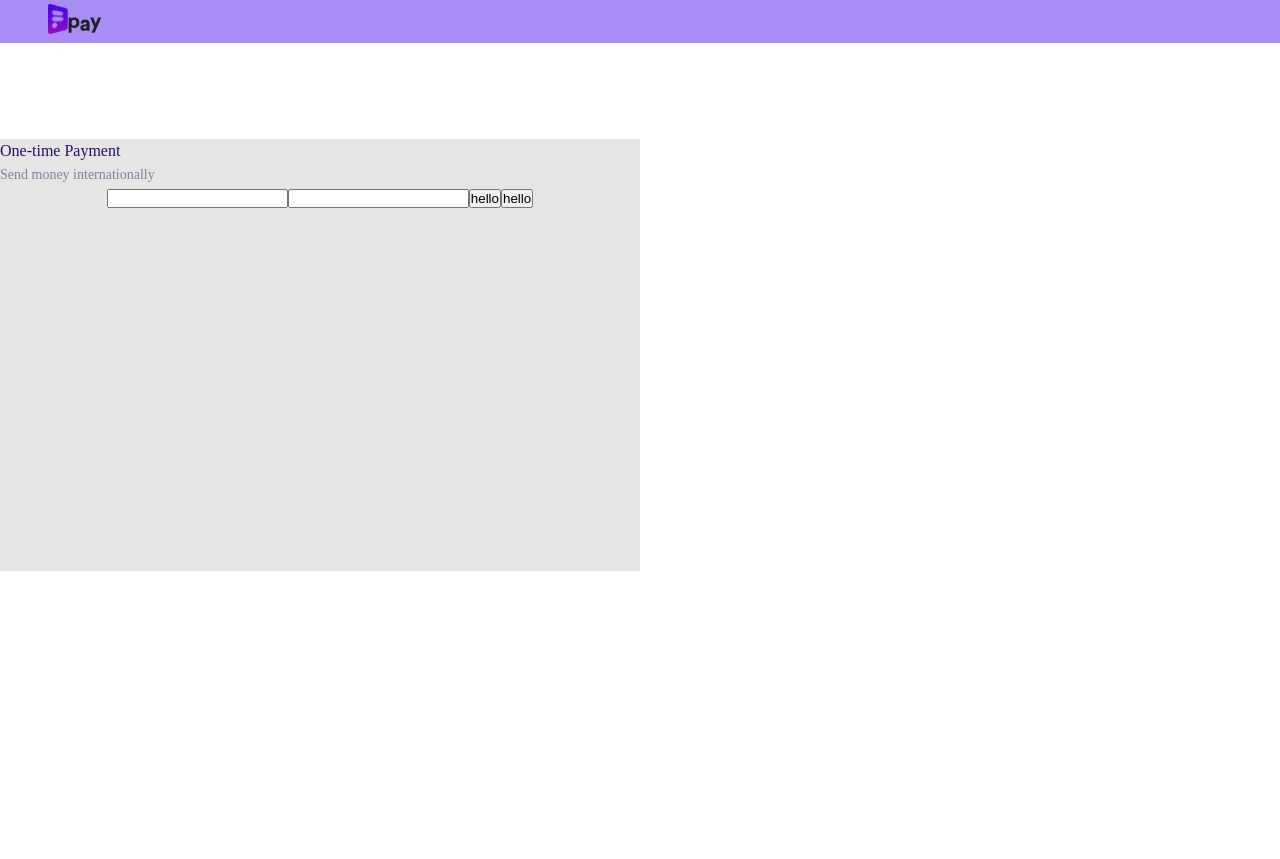
Repository: nilesjamex/fincra
Page: /
An editor plug-in stored every save of this project. The page is shown before and after the next save, followed by the edit.
The browser window is 1280 px wide. The pictures show the whole page.
The project was rebuilt for these pictures with package versions that can differ from the ones it lists, and the page was loaded fresh each time. The framework's server and built-in components were replaced by stand-ins that run in the browser. Also part of the build but not shown: next.config.js.

Above is the page before, as saved 2021-11-01 09:55:54.

After the next save:
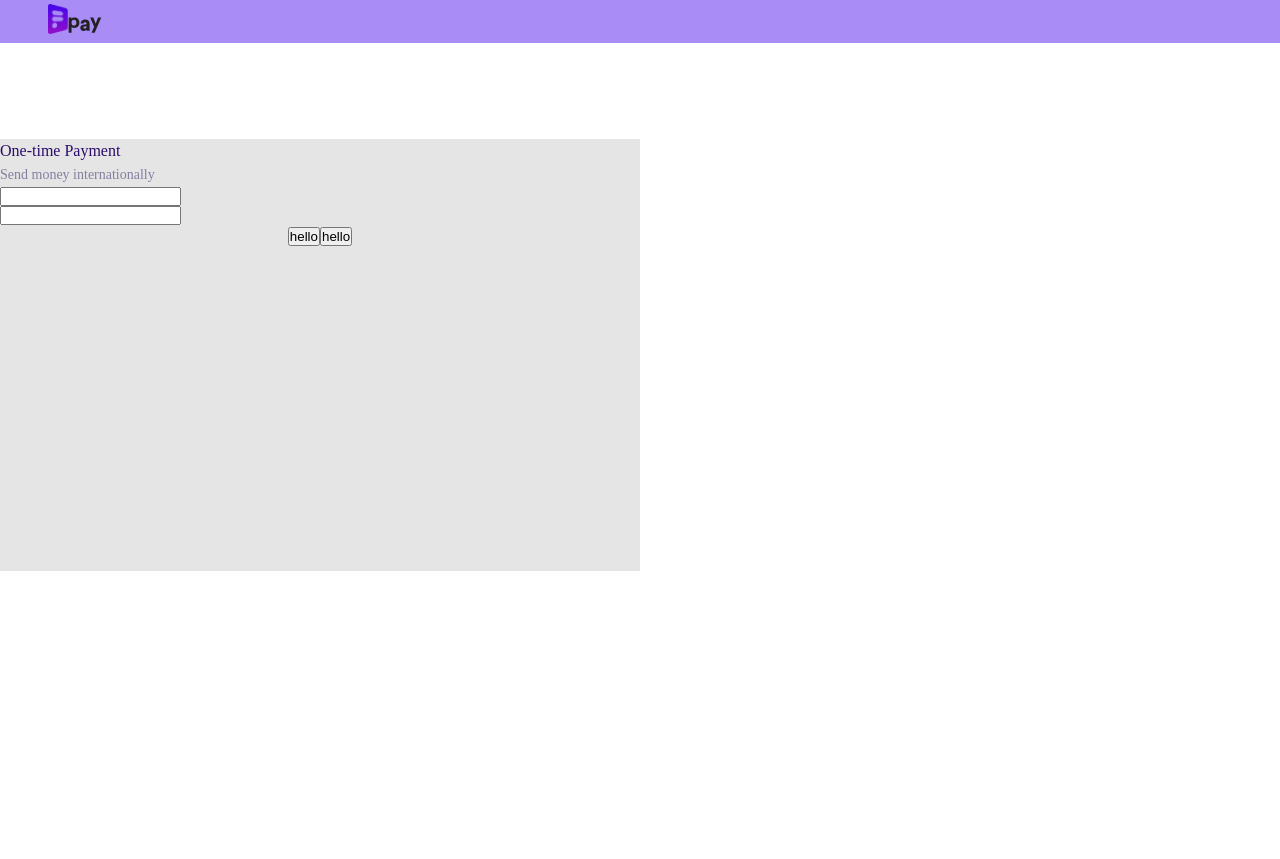
Saved 5 min 25 s later.
--- a/Components/pay.module.css
+++ b/Components/pay.module.css
@@ -23,3 +23,6 @@
     line-height: 24px;
     color: #877E9E;
 }
+input[type=text] {
+    display: block;
+}

After the save that followed:
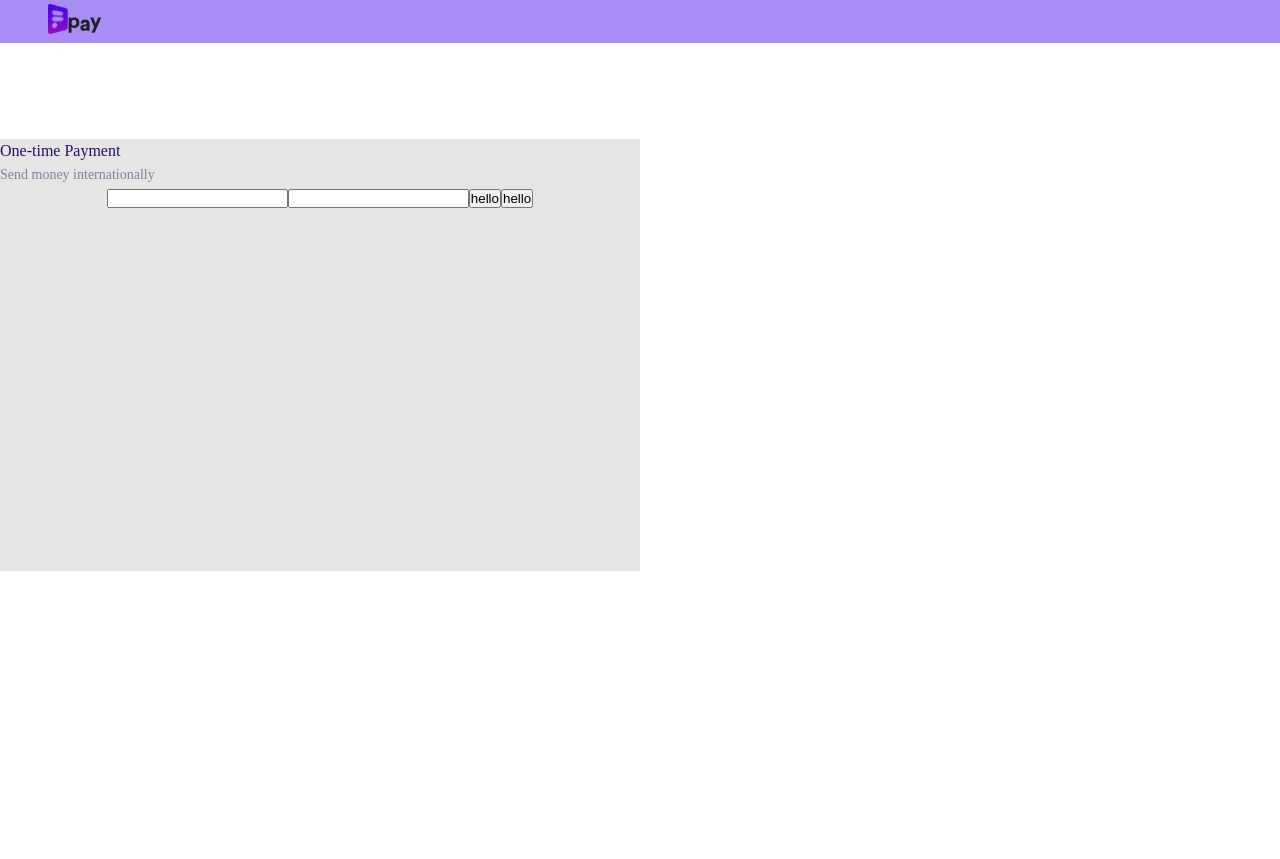
Saved 55 s later.
--- a/Components/pay.module.css
+++ b/Components/pay.module.css
@@ -23,6 +23,6 @@
     line-height: 24px;
     color: #877E9E;
 }
-input[type=text] {
+.paymentform {
     display: block;
 }
